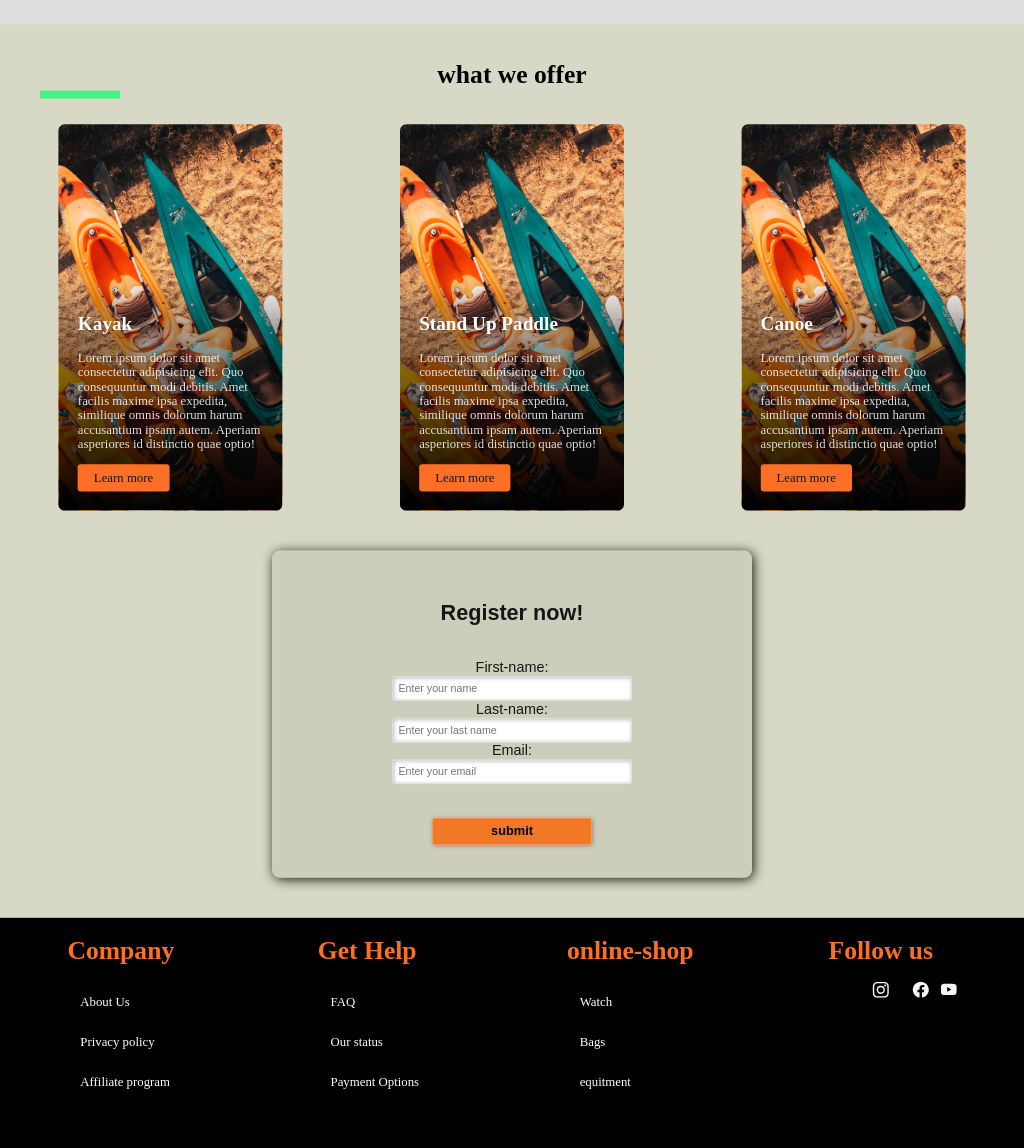
Repository: joseluis2289/Responsive-club-website
Page: index.html
These files come from the project's save history. The page is drawn as it stood at one moment and after the next save; the edit follows.
The browser window is 1280 px wide. The pictures show the part of the page from y = 1304 to 2739 px (the page is 2739 px tall), at 80% of full size.

Above is the page before, as saved 2021-08-25 00:21:36.

### index.html
<!DOCTYPE html>
<html lang="en">
<head>
    <meta charset="UTF-8">
    <meta http-equiv="X-UA-Compatible" content="IE=edge">
    <meta name="viewport" content="width=device-width, initial-scale=1.0">
    <link rel="stylesheet" href="style.css">
    <script src="script.js" defer></script>
    <title>Responsive-Club-website</title>
</head>
<body>

    <nav class="navbar">
        <!-- hamburger toggle -->
        <div class="brand-title">Club-Website</div>
        <a href="#" class="toggle-button">
            <span class="bar"></span>
            <span class="bar"></span>
            <span class="bar"></span>
        </a>

        <div class="nav-links">
            <ul>
                <li><a href="#">Home</a></li>
                <li><a href="#">About</a></li>
                <li><a href="#">Contact</a></li>
            </ul>
        </div>
    </nav>
<div class="banner"></div>

<section class="welcome">
    <h1 class="discover-title">Discover the city of Leipzig</h1>
    <p class="p-discover">Discover the "water city of Leipzig". No matter whether by paddle <strong>or canoe or rowing boat.</strong>The city and its surroundings are among the most beautiful paddling areas in Saxony. Leipzig offers an incomparable combination of urban flair, unique Wilhelminian style architecture Unesco World Heritage Site and natural paradise Leipzig floodplain forest. Overall, the city has almost 300 km of extensive river and canal landscape.</p>

</section>

<!-- about us section -->
<div class="grid-container-about">
    <img class="grid-item-img" src="./Cosmetics Discount Sale Landscape Banner.png" alt="about">
    <div class="grid-item-text"><h1><a class="aboutUs-title" href="#">About us</a></h1><p class="aboutUs-text"> Lorem ipsum dolor sit amet consectetur, adipisicing elit. Recusandae quos praesentium dolore cupiditate neque doloribus ipsum obcaecati repellat quidem eos accusamus culpa repellendus, laudantium amet hic quis minima quibusdam ex. Lorem, ipsum dolor sit amet consectetur adipisicing elit. Illum quos expedita accusamus, eaque accusantium magnam. Hic nobis totam, assumenda nisi debitis architecto dolorem aliquam unde provident numquam quidem fugit dignissimos! Lorem, ipsum dolor sit amet consectetur adipisicing elit. Deserunt, cumque blanditiis odit, tempora itaque nisi enim unde ipsa maxime nihil veniam, veritatis iure maiores dolor quas numquam inventore soluta doloremque.</p></div>
</div>



<h1 class="tittle-what-we-offer">what we offer</h1>
<div class="card-container">
    <div class="card">
        <div class="card-content">
        <h2 class="card-title">Kayak</h2>
        <p class="card-body">Lorem ipsum dolor sit amet consectetur adipisicing elit. Quo consequuntur modi debitis. Amet facilis maxime ipsa expedita, similique omnis dolorum harum accusantium ipsam autem. Aperiam asperiores id distinctio quae optio!</p>
        <a href="#" class="button">Learn more</a>
    </div>
    </div>

    <div class="card">
        <div class="card-content">
        <h2 class="card-title"> Stand Up Paddle</h2>
        <p class="card-body">Lorem ipsum dolor sit amet consectetur adipisicing elit. Quo consequuntur modi debitis. Amet facilis maxime ipsa expedita, similique omnis dolorum harum accusantium ipsam autem. Aperiam asperiores id distinctio quae optio!</p>
        <a href="#" class="button">Learn more</a>
    </div>
    </div>


    <div class="card">
        <div class="card-content">
        <h2 class="card-title">Canoe</h2>
        <p class="card-body">Lorem ipsum dolor sit amet consectetur adipisicing elit. Quo consequuntur modi debitis. Amet facilis maxime ipsa expedita, similique omnis dolorum harum accusantium ipsam autem. Aperiam asperiores id distinctio quae optio!</p>
        <a href="#" class="button">Learn more</a>
    </div>
    </div>

</div>

<section class="register">
    <form id="register" action="#">
        <h2 class="register-title">Register now!</h2>
        <label for="first-name">First-name:</label>
        <br/>
        <input type="text" name="first-name" id='name' placeholder="Enter your name">
        <br/>
        <label for="last-name">Last-name:</label>
        <br/>
        <input type="text" name="last-name" id="name" placeholder="Enter your last name">
        <br/>
        <label for="email">Email:</label>
        <br/>
        <input type="text" name="email" id="name" placeholder="Enter your email">
        <br/>&nbsp;
        <br/> <br/>
    <input type="submit" value="submit" name="submit" id="submit">
    </form>
</section>

<footer class="footer">
    <div class="footer-sections">
        <div class="company">
            <ul>
                <h1 class="company-title">Company</h1>
                <li><a href="#">About Us</a></li>
                <li><a href="#">Privacy policy</a></li>
                <li><a href="#">Affiliate program</a></li>
            </ul>
        </div>
        <div class="get-help">
            <h1 class="help-title">Get Help</h1>
            <ul>
                <li><a href="#">FAQ</a></li>
                <li><a href="#">Our status</a></li>
                <li><a href="#">Payment Options</a></li>
            </ul>
        </div>
        <div class="online-shop">
            <h1 class="shop-title">online-shop</h1>
            <ul >
                <li><a href="#">Watch</a></li>
                <li><a href="#">Bags</a></li>
                <li><a href="#">equitment</a></li>
            </ul>
        </div>
        <div class="follow-us">
            <h1 class="followUs-title">Follow us</h1>
            <ul class="follow-us-list">

              <li><svg xmlns="http://www.w3.org/2000/svg" width="50" height="20" fill="currentColor" class="bi bi-instagram" viewBox="0 0 16 16">
                <path d="M8 0C5.829 0 5.556.01 4.703.048 3.85.088 3.269.222 2.76.42a3.917 3.917 0 0 0-1.417.923A3.927 3.927 0 0 0 .42 2.76C.222 3.268.087 3.85.048 4.7.01 5.555 0 5.827 0 8.001c0 2.172.01 2.444.048 3.297.04.852.174 1.433.372 1.942.205.526.478.972.923 1.417.444.445.89.719 1.416.923.51.198 1.09.333 1.942.372C5.555 15.99 5.827 16 8 16s2.444-.01 3.298-.048c.851-.04 1.434-.174 1.943-.372a3.916 3.916 0 0 0 1.416-.923c.445-.445.718-.891.923-1.417.197-.509.332-1.09.372-1.942C15.99 10.445 16 10.173 16 8s-.01-2.445-.048-3.299c-.04-.851-.175-1.433-.372-1.941a3.926 3.926 0 0 0-.923-1.417A3.911 3.911 0 0 0 13.24.42c-.51-.198-1.092-.333-1.943-.372C10.443.01 10.172 0 7.998 0h.003zm-.717 1.442h.718c2.136 0 2.389.007 3.232.046.78.035 1.204.166 1.486.275.373.145.64.319.92.599.28.28.453.546.598.92.11.281.24.705.275 1.485.039.843.047 1.096.047 3.231s-.008 2.389-.047 3.232c-.035.78-.166 1.203-.275 1.485a2.47 2.47 0 0 1-.599.919c-.28.28-.546.453-.92.598-.28.11-.704.24-1.485.276-.843.038-1.096.047-3.232.047s-2.39-.009-3.233-.047c-.78-.036-1.203-.166-1.485-.276a2.478 2.478 0 0 1-.92-.598 2.48 2.48 0 0 1-.6-.92c-.109-.281-.24-.705-.275-1.485-.038-.843-.046-1.096-.046-3.233 0-2.136.008-2.388.046-3.231.036-.78.166-1.204.276-1.486.145-.373.319-.64.599-.92.28-.28.546-.453.92-.598.282-.11.705-.24 1.485-.276.738-.034 1.024-.044 2.515-.045v.002zm4.988 1.328a.96.96 0 1 0 0 1.92.96.96 0 0 0 0-1.92zm-4.27 1.122a4.109 4.109 0 1 0 0 8.217 4.109 4.109 0 0 0 0-8.217zm0 1.441a2.667 2.667 0 1 1 0 5.334 2.667 2.667 0 0 1 0-5.334z"/>
              </svg></li>
              <li>

                  <svg xmlns="http://www.w3.org/2000/svg" width="50" height="20" fill="currentColor" class="bi bi-facebook" viewBox="0 0 16 16">
                    <path d="M16 8.049c0-4.446-3.582-8.05-8-8.05C3.58 0-.002 3.603-.002 8.05c0 4.017 2.926 7.347 6.75 7.951v-5.625h-2.03V8.05H6.75V6.275c0-2.017 1.195-3.131 3.022-3.131.876 0 1.791.157 1.791.157v1.98h-1.009c-.993 0-1.303.621-1.303 1.258v1.51h2.218l-.354 2.326H9.25V16c3.824-.604 6.75-3.934 6.75-7.951z"/>
                  </svg>
              </li>
              <li>

                  <svg xmlns="http://www.w3.org/2000/svg" width="20" height="20" fill="currentColor" class="bi bi-youtube" viewBox="0 0 16 16">
                    <path d="M8.051 1.999h.089c.822.003 4.987.033 6.11.335a2.01 2.01 0 0 1 1.415 1.42c.101.38.172.883.22 1.402l.01.104.022.26.008.104c.065.914.073 1.77.074 1.957v.075c-.001.194-.01 1.108-.082 2.06l-.008.105-.009.104c-.05.572-.124 1.14-.235 1.558a2.007 2.007 0 0 1-1.415 1.42c-1.16.312-5.569.334-6.18.335h-.142c-.309 0-1.587-.006-2.927-.052l-.17-.006-.087-.004-.171-.007-.171-.007c-1.11-.049-2.167-.128-2.654-.26a2.007 2.007 0 0 1-1.415-1.419c-.111-.417-.185-.986-.235-1.558L.09 9.82l-.008-.104A31.4 31.4 0 0 1 0 7.68v-.123c.002-.215.01-.958.064-1.778l.007-.103.003-.052.008-.104.022-.26.01-.104c.048-.519.119-1.023.22-1.402a2.007 2.007 0 0 1 1.415-1.42c.487-.13 1.544-.21 2.654-.26l.17-.007.172-.006.086-.003.171-.007A99.788 99.788 0 0 1 7.858 2h.193zM6.4 5.209v4.818l4.157-2.408L6.4 5.209z"/>
                  </svg>
              </li>
            </ul>
        </div>
    </div>
</footer>
</body>
</html>

### style.css
:root{
    --clr-neutral-900: hsl(207,19%,9%);
    --crl-neutral-100: hsl(0,0%,100%);
    --crl-accent-400: hsl(142, 90%, 61%);
    --crl-accent-300: hsl(20.18, 100%, 57.45%);

}

*,
*::before,
*::after {
    box-sizing: border-box;
}


*{
    box-sizing: border-box;
}

body{
    margin: 0;
    border: 0;
    background-color:#D7D9C6;
}

.navbar{
    display: flex;
    justify-content: space-between;
    align-items: center;
    background-color: #333;
    color: white;
    font-family: 'Poppins', sans-serif;

}

.brand-title{
    font-size: 1.6rem;
    margin: .5rem;
    text-transform: uppercase;
    letter-spacing: 4px;
    -webkit-box-shadow: 0 10px 6px -6px rgb(80, 73, 73);
    -moz-box-shadow:0 10px 6px -6px rgb(114, 110, 110);
    box-shadow: 0 10px 6px -6px rgb(136, 133, 133);
    border-radius:10px;
}

.nav-links ul {
    margin: 0;
    padding: 0;
    display: flex;
}
.nav-links li {
    list-style: none;
}

.nav-links li a {
    text-decoration: none;
    color: white;
    padding: 1rem;
    display: block;
}
.nav-links li:hover{
    background-color:#555;
}

.toggle-button {
    position: absolute;
    top: .75rem;
    right: 1rem;
    display: none;
    flex-direction: column;
    justify-content: space-between;
    width: 30px;
    height: 22px;
}

.toggle-button .bar {
    height: 3px;
    width: 100%;
    background-color: white;
    border-radius: 10px;
}

.banner{
    background-image: url("/Cosmetics\ Discount\ Sale\ Landscape\ Banner.png");
    background-repeat: no-repeat;
    background-position: cover;
    background-size: 100% 100vh;
    height: 100vh;
}

/* discover the city of Leipzig */
.welcome{
    text-align: center;
    height: 30vh;
    width:auto;
    margin: auto;
    padding: 50px;

}
.p-discover{
    text-align: justify;
    text-justify: inter-word;



}
.discover-title{
    display: block;
    position: relative;
    cursor: pointer;
}
.discover-title::after{
    content:"";
    position: absolute;
    left: 690px;
    background: var(--crl-accent-400);
    display: block;
    border: 0;
    margin: 0.5rem 0;
    width:300px;
    height: 10px;
    transform: scaleX(0.1);
    transition: transform 0.4s ease;

}

.discover-title:hover:after,
.discover-title:active:after{
    transform: scaleX(1);
    transform-origin: left;
    transition: transform 0.5s ease;
}


.grid-container-about{
    background-color: #ddd;
    display: grid;
    grid-template-columns: auto auto;
    padding: 30px;
    column-gap: 40px;

}
.grid-item-img{
    margin: 0 0 0 auto;
    width: 500px;
    height: 40vh;
    border-radius:10px;

}
.aboutUs-text{
    width: 600px;
}

/* about us  */

.aboutUs-title{
color: #000;
text-decoration: none;
border: 0;
margin: 0.5rem 0;
line-height: 1.4;
display: block;
position: relative;
}

.aboutUs-title:after{
    position: absolute;
    content: "";
    background: var(--crl-accent-400);
    display: block;
    left:0;
    bottom:0;
    line-height: 1.4;
    width:100%;
    height: 10px;
    transform: scaleX(0.1);
    transition: transform 0.4s ease;

}

.aboutUs-title:hover:after,
.aboutUs-title:active:after{
    transform: scaleX(1);
    transform-origin: left bottom;
    transition: transform 0.5s ease;
}


/* what we offer cards */
.tittle-what-we-offer{
    color: #000;
text-decoration: none;
border: 0;
margin: 2rem 0;
line-height: 1.9;
display: block;
position: relative;
}
.tittle-what-we-offer::after{
    position: absolute;
    content: "";
    background: var(--crl-accent-400);
    display: block;
    left:auto;
    bottom:0;
    line-height: 1.4;
    width:200px;
    height: 10px;
    transform: scaleX(0.5);
    transition: transform 0.4s ease;
}
.tittle-what-we-offer:hover:after,
.tittle-what-we-offer:active:after{
    transform: scaleX(1);
    transform-origin: left bottom;
    transition: transform 0.5s ease;
}


.tittle-what-we-offer{
    text-align: center;
}

.card-container{
    display: flex;
    justify-content: space-around;
}

.card{
    color: var(--crl-neutral-100);
    background-image: url(./we-offer.jpg);
    background-size: cover;
    padding: 12rem 0 0;
    /* ch is 35 character wide */
    max-width: 35ch;
    border-radius: 0.5rem;
    overflow: hidden;
    transition: transform 500ms ease;

}

.card:hover{
    transform: scale(1.05);
}



.card-content{
    /* this variable only exist within the card content */
    --padding: 1.5rem;
    padding: var(--padding);
    /* here im appying some saturation and opacity of the backgroud card in order to kind of fade it out */
    background: linear-gradient(
        hsl(0 0% 0% / 0),
        hsl(0 0% 0% / 0.3) 20%,
        hsl(0 0% 0% / 1)
    );
}

.card-title{
    position: relative;
    /* max-content it line up the with of the title */
    width: max-content;


}

.card-title::after{
    content:"";
    position: absolute;
    height: 4px;
    /* here I'm moving the green bar to the left in order to animate */
    left: calc(var(--padding) * -1 );
    bottom: 0;
    width: calc(100% + var(--padding));
    background: var(--crl-accent-400);
    /* here I'm animating the green bar from left to right */
    transform-origin: left;
    transform: scaleX(0);
    transition: transform 500ms ease;
}

.card:hover .card-title::after{
    transform: scaleX(1);
}

.card-body{
    color: rgb(255 255 255 / 0.85);
}

.button{
    cursor:pointer;
    display: inline-block;
    padding: 0.5em 1.3em;
    text-decoration: none;
    color: var(--clr-neutral-900);
    background-color: var(--crl-accent-300);
    padding: 0.5em 1.25em;
    border-radius: 0.25em;
}


.button:hover,
.button:focus {
    background-color: var(--crl-neutral-100);
}

/* register */
.register-title{
    text-align: center;
    padding: 20px;
    font-family:'Poppins', sans-serif;
}
#register{

    background-color:rgba(0, 0, 0, 0.05);
    width: 600px;
    font-size: 18px;
    border-radius:10px;
    border:1px solid rgba(214, 210, 210, 0.3);
    box-shadow: 2px 2px 15px;
    color:rgb(24, 21, 21);
    margin: 50px auto;
    text-align: center;
    padding: 20px;
    transition: transform 500ms ease;

}
#register:hover{
    transform: scale(1.05);

    transition: 0.3s;
}
label{
    font-family:'Poppins', sans-serif;
    font-size: 18px;
}
input#name{
    width: 300px;
    border: 1px solid #ddd;
    border-radius: 3px;
    outline: 0;
    padding: 7px;
    background-color: #fff;
    box-shadow: inset 1px 1px 5px
    rgba(0,0,0,0.3);
}


input#submit{
    width: 200px;
    padding: 7px;
    font-size: 16px;
    font-family: sans-serif;
    font-weight: 600;
    border: none;
    border-radius:3px;
    background-color:rgba(250, 100, 0, 0.8);
    color:black;
    cursor:pointer;
    border:1px solid rgba(255, 255, 255, 0.3);
    box-shadow: 1px 1px 5px rgba(0, 0, 0, 0.3);
    margin-bottom: 20px;
}

input#submit:hover,
input#submit:focus {
    background-color: var(--crl-neutral-100);
}


/* footer */
.footer{
    width: 100%;
    height: 40vh;
    background-color:#000;
    color:whitesmoke;
}
.footer-sections{
    display: flex;
    justify-content: space-around;

}
.company-title{
    color:var(--crl-accent-300);
}
.company ul{
    margin: 0;
    padding: 0;
}
.company li{
    list-style: none;
}
.company li a {
    text-decoration: none;
    color: white;
    padding: 1rem;
    display: block;
}
.help-title{
    color:var(--crl-accent-300);
}
.get-help ul{
    margin: 0;
    padding: 0;
}

.get-help li{
    list-style: none;
}
.get-help li a {
    text-decoration: none;
    color: white;
    padding: 1rem;
    display: block;
}

.shop-title{
    color: var(--crl-accent-300);
}

.online-shop ul{
    margin: 0;
    padding: 0;
}
.online-shop li{
    list-style: none;
}

.online-shop li a {
    text-decoration: none;
    color: white;
    padding: 1rem;
    display: block;
}

.followUs-title{
    color:var(--crl-accent-300);
}
.follow-us-list{
    display: flex;

}
.follow-us-list li{
    list-style: none;
}

 @media(min-width: 320px) and (max-width: 600px){

   .toggle-button{
        display: flex;
    }

    .nav-links{
        display: none;
        width: 100%;
    }

    .navbar{
        flex-direction: column;
        align-items: flex-start;
        width: 100%;
    }

    .nav-links ul {
        width: 100%;
        flex-direction: column;

    }
    .nav-links li {
        text-align: center;
    }
    .nav-links li a {
        padding: .5rem 1rem;
    }
    .nav-links.active{
        display: flex;

    }


    .banner{
        background-image: url("/Cosmetics\ Discount\ Sale\ Landscape\ Banner.png");
        background-repeat: no-repeat;
        background-position: cover;
        background-size: 100% 100vh;
        height: 80vh;
        width: 100%;
    }
    .discover-title::after{
        left: 20px;
    }

    .p-discover{
        text-align: justify;
        text-justify: inter-word;
        padding: 20px;

    }
    .grid-container-about{
        margin: 160px 0 0px 0px;
        background-color: #ddd;
        display: grid;
        grid-template-columns: 1fr;

    }
    .grid-item-img{
         width:auto;
         margin: 40px auto 0 0;
    }

    .aboutUs-title{
        padding: 10px;
    }
    .aboutUs-text{
        text-align: justify;
        text-justify: inter-word;
        width: 370px;
        padding: 10px;

    }
    .card-container{
        display: flex;
        flex-direction: column;


    }
    .card{
        margin: 20px auto;
    }


    #register{
        width: 300px;
    }

    input#name{
        width: 200px;
    }
    .footer{
        width: 100%;
        height: 160vh;
        background-color:#000;
        color:var(--clr-neutral-900);
    }
    .footer-sections{
        display: flex;
        flex-direction: column;
        align-items: center;
        justify-content: center;


    }


}



@media (min-width: 601px) and (max-width: 767px){
    .navbar{
        width: 100%;
        flex-direction: row;
        justify-content: space-around;
        align-content: center;
    }
    .banner{
        background-image: url("/Cosmetics\ Discount\ Sale\ Landscape\ Banner.png");
        background-repeat: no-repeat;
        background-position:cover;
        background-size: 100% 100vh;
        height: 100vh;
        width: 100%;
    }

    .discover-title::after{
        left: 260px;
        margin: 0 0 30px;

    }
    .discover-title{
        width: 800px;
        text-align: center;
    }
    .p-discover{
        text-align: justify;
        text-justify: inter-word;
        width: 700px;
        padding: 0.7em 5em;
        margin:20px 0 0 60px;
        font-size: 20px;

    }
    .grid-container-about{
        width: 800px;
        margin: 150px 0;
        background-color: #ddd;
        display: grid;
        grid-template-columns: 1fr;
        padding: 90px;
    }
    .aboutUs-text{
        text-align: justify;
        text-justify: inter-word;
        width: 550px;
    }
    .card-container{
        display: flex;
        flex-direction: column;
    }
   .card{
  font-size: larger;
   margin: 0 0 30px 100px;

   }
   #register{
   font-size: 30px;
   margin:10px auto 25px 70px;

}

input#name{
    width: 300px;

}
label{
    font-family:'Poppins', sans-serif;

}

.footer{
    width: 100%;
    height: 100vh;
    background-color:#000;
    color:var(--clr-neutral-900);
}
.footer-sections{
    display: flex;
    flex-direction: column;
    align-items: center;
    justify-content: center;
}
}

@media (min-width: 768px) and (max-width: 1024px){

    .discover-title::after{
        left: 250px;
        margin: 0 0 30px;

    }
    .discover-title{
        width: 800px;
        text-align: center;
    }
    .p-discover{
        text-align: justify;
        text-justify: inter-word;
        width: 790px;
        padding: 0.7em 5em;
        margin:20px 0 0 10px;
        font-size: 20px;

    }

    .grid-container-about{


        background-color: #ddd;
        display: grid;
        grid-template-columns: 1fr 1fr;

    }
.grid-item-text{
    margin: 0 0 0 30px;
}

.card-container{
    display: flex;

    justify-content: space-between;

}
.card{
    margin: 0 10px 0px 30px;
}
.footer{
    width: 100%;
    height: 100vh;
    background-color:#000;
    color:var(--clr-neutral-900);
}
.footer-sections{
    display: flex;
    flex-direction: row;
    align-items: center;
    justify-content: center;
}

}

### script.js
const toggleButton = document.getElementsByClassName("toggle-button")[0]
const navBarLinks = document.getElementsByClassName("nav-links")[0]

toggleButton.addEventListener("click", () =>{
    // toggle the active class so If the active class does exist it will add it and viceversa
    navBarLinks.classList.toggle("active")
}
)

After the next save:
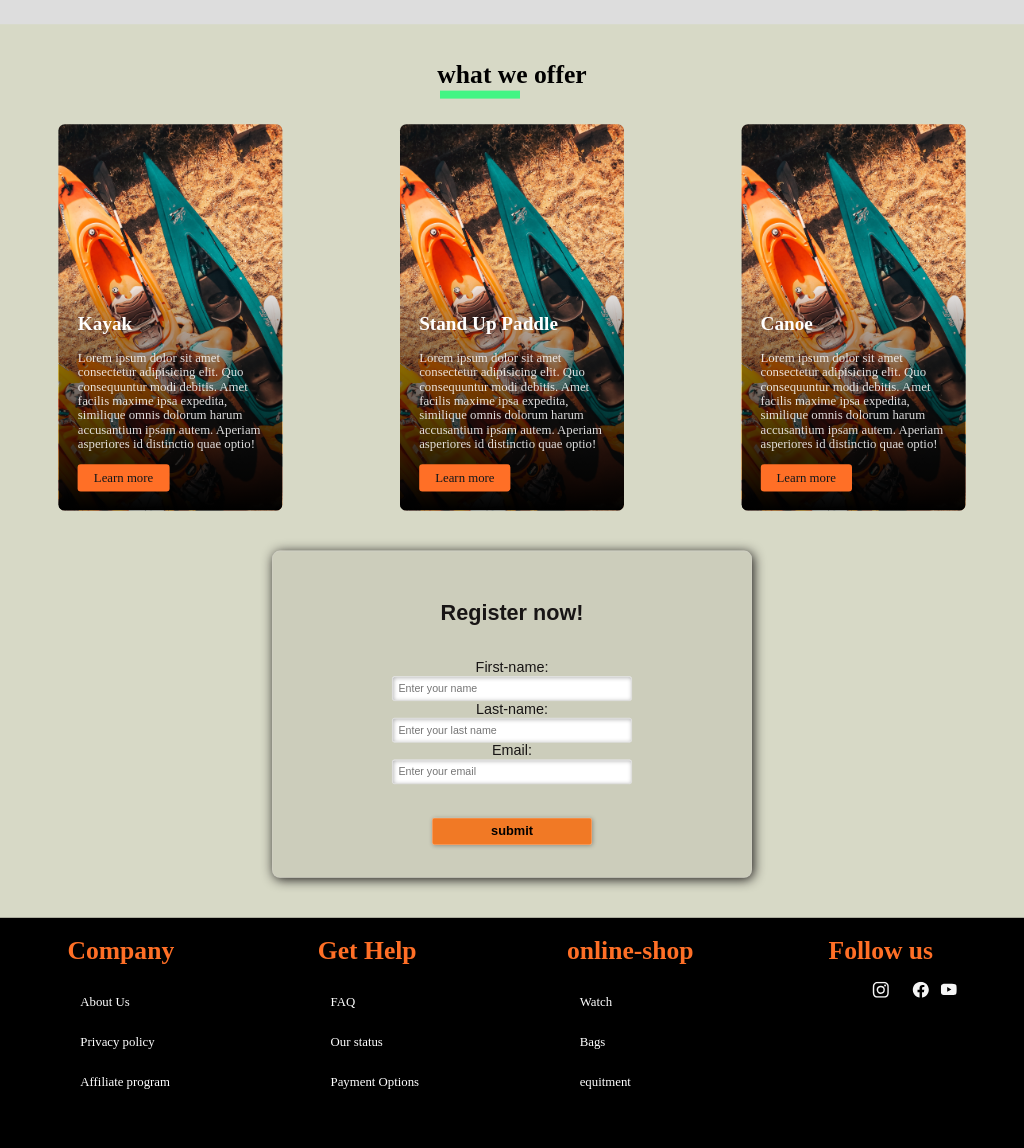
Saved 5 s later.
--- a/style.css
+++ b/style.css
@@ -202,7 +202,7 @@ position: relative;
     content: "";
     background: var(--crl-accent-400);
     display: block;
-    left:auto;
+    left:500px;
     bottom:0;
     line-height: 1.4;
     width:200px;
